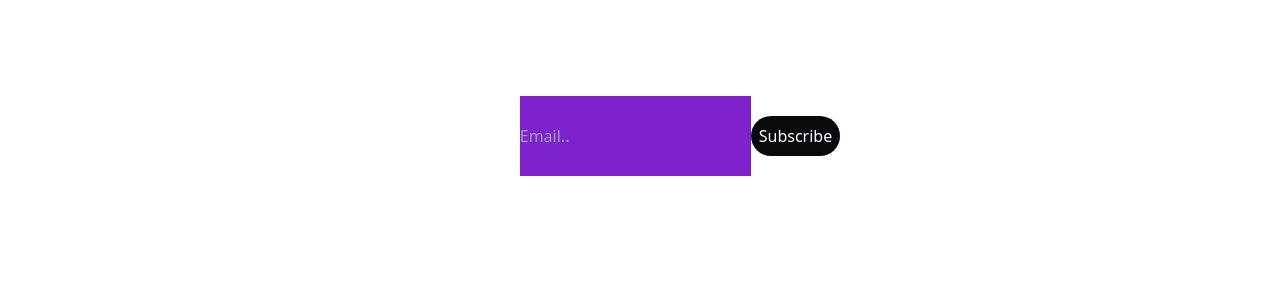
Repository: Semanmernstack/mailchimp-newsletter
Page: /
The author's editor kept a copy of each file at every save. The page is drawn from the files as they stood at one save, then again after the next save.
The browser window is 1280 px wide. The pictures show the whole page.
The project was rebuilt for these pictures with package versions that can differ from the ones it lists, and the page was loaded fresh each time. The framework's server and built-in components were replaced by stand-ins that run in the browser. Also part of the build but not shown: next.config.js.

Above is the page before, as saved 2023-05-24 05:08:56.

### app/layout.tsx
import './globals.css'




export const metadata = {
  title: 'Create Next App',
  description: 'Generated by create next app',
}

export default function RootLayout({
  children,
}: {
  children: React.ReactNode
}) {
  return (
    <html lang="en">
      <body> {children}</body>
    </html>
  )
}

### app/page.tsx
import Mailing from "./components/Mailing";


export default function Home() {
  return (
    <main className="flex min-h-screen flex-col items-center justify-between p-24">

     <Mailing/>
    </main>
  )
}

### app/components/Mailing.tsx
"use client"
import React, { FormEvent, useRef, useState } from 'react'

function Mailing() {
    const [input, setInput] = useState("")
    const buttonRef = useRef<HTMLButtonElement>(null)



    const handleSubmit = (e: FormEvent<HTMLFormElement>) => {
        e.preventDefault()

    }
  return (
    <div>
        <form className="" onSubmit={handleSubmit}>
            <div>
                <input type="text"
                    placeholder='Email..'
                    value={input}
                    onChange={(e) => setInput(e.target.value)}
                    required
                    className="outline-none bg-purple-700 h-20 ml-20 border-none from-fuchsia-400 "

                 />
                 <button className="cursor-pointer text-white bg-zinc-950 p-2 rounded-3xl " type='submit' ref={buttonRef} disabled={!input}    >
                    Subscribe
                 </button>
            </div>

        </form>
    </div>
  )
}

export default Mailing

Loaded but not shown: app/globals.css (common file); tailwind.config.js (common file)

After the next save:
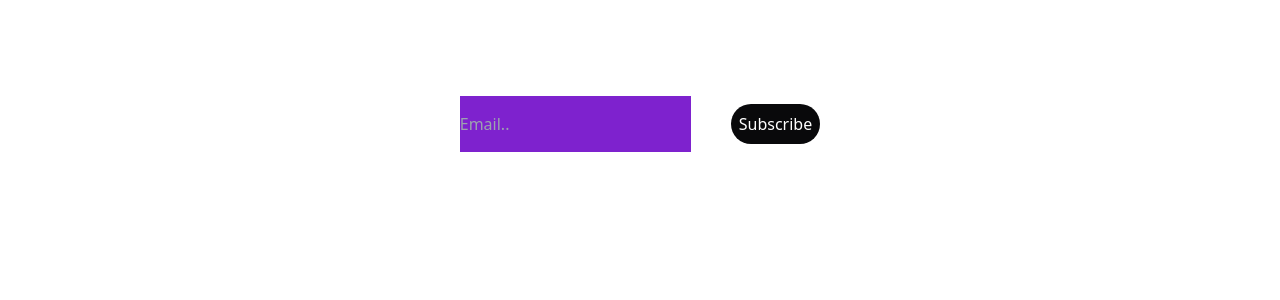
Saved 23 s later.
--- a/app/components/Mailing.tsx
+++ b/app/components/Mailing.tsx
@@ -20,7 +20,7 @@
                     value={input}
                     onChange={(e) => setInput(e.target.value)}
                     required
-                    className="outline-none bg-purple-700 h-20 ml-20 border-none from-fuchsia-400 "
+                    className="outline-none bg-purple-700 h-14 mr-10 border-none from-fuchsia-400 "
 
                  />
                  <button className="cursor-pointer text-white bg-zinc-950 p-2 rounded-3xl " type='submit' ref={buttonRef} disabled={!input}    >
